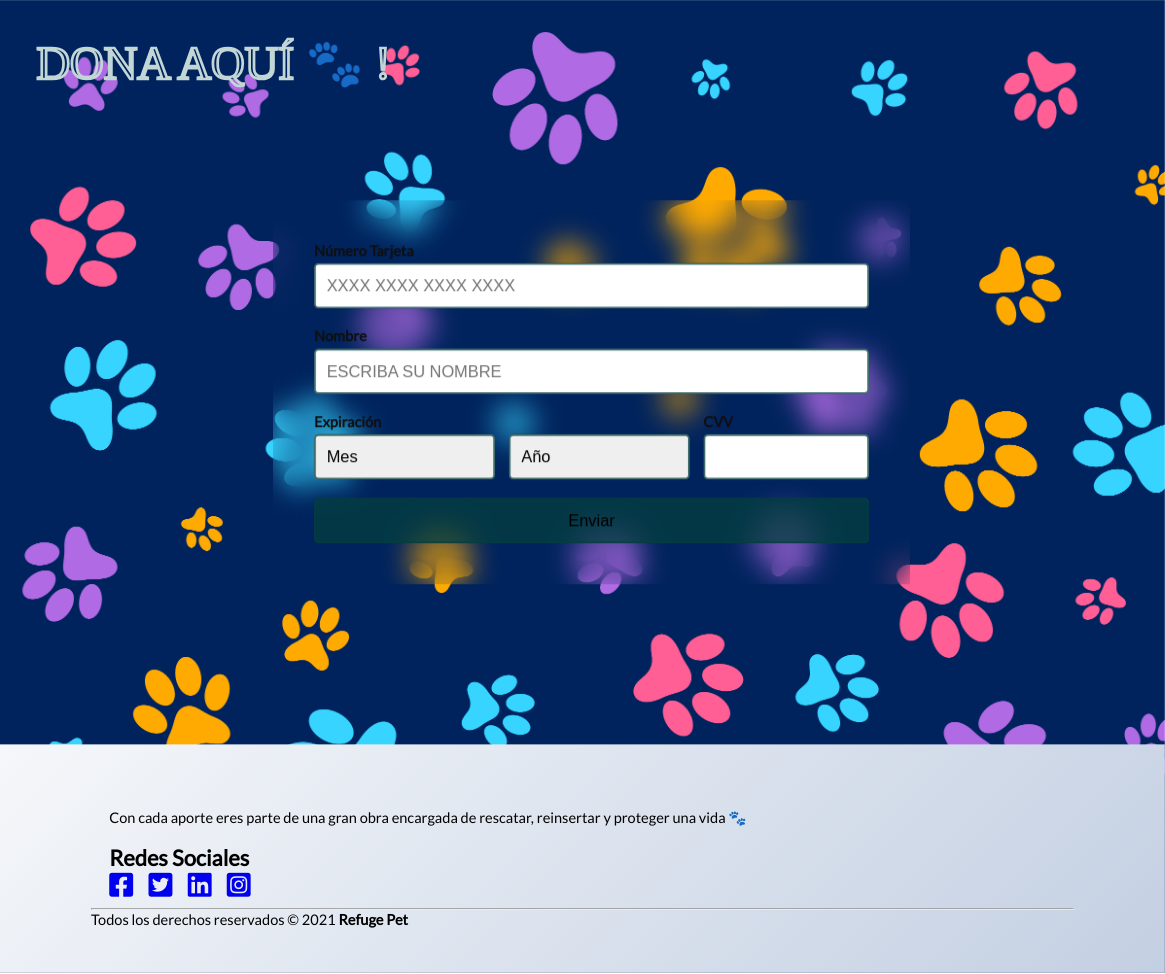
Repository: andreasvidal/SCL019-card-validation
Page: src/views/cardvalidation.html
An editor plug-in stored every save of this project. The page is shown before and after the next save, followed by the edit.
The browser window is 1280 px wide. The pictures show the whole page, at 91% of full size.
Some web fonts or font styles are not loaded; a fallback is used. Some web libraries are served in a nearby version.

Above is the page before, as saved 2022-04-13 09:45:24.

### src/views/cardvalidation.html
<!DOCTYPE html>
<html lang="en">

<head>
    <meta charset="UTF-8" />
    <meta http-equiv="X-UA-Compatible" content="IE=edge" />
    <meta name="viewport" content="width=device-width, initial-scale=1.0" />
    <link rel="preconnect" href="https://fonts.googleapis.com" />
    <link rel="preconnect" href="https://fonts.gstatic.com" crossorigin />
    <link href="https://fonts.googleapis.com/css2?family=Lato:ital,wght@0,400;1,700&display=swap" rel="stylesheet" />
    <link rel="preconnect" href="https://fonts.googleapis.com" />
    <link rel="preconnect" href="https://fonts.gstatic.com" crossorigin />
    <link href="https://fonts.googleapis.com/css2?family=Hurricane&family=Lato:ital,wght@1,700&display=swap" rel="stylesheet" />
    <link rel="stylesheet" href="https://use.fontawesome.com/releases/v5.8.1/css/all.css" integrity="sha384-50oBUHEmvpQ+1lW4y57PTFmhCaXp0ML5d60M1M7uH2+nqUivzIebhndOJK28anvf" crossorigin="anonymous" />
    <link rel="stylesheet" href="../css/formstyle.css" />
    <link rel="stylesheet" href="../css/style.css" />
    <title>Formulario</title>
</head>

<!--contenido principal formulario-->

<body>
    <div class="subtitle">
        <p class="subtitle">DONA AQUÍ 🐾 !</p>
    </div>
    <form id="formValidation" class="form-validation">
        <div class="bg-blur">
            <div class="data-card" id="dataForm">
                <label for="inputNumber">Número Tarjeta</label>
                <input type="text" id="inputNumber" name="number" maxlength="16" autocomplete="off" pattern="[0-9]+" placeholder="XXXX XXXX XXXX XXXX" required />
                <h5 id="print"></h5>
            </div>
            <div class="data-card">
                <label for="inputNameUser">Nombre </label>
                <input type="text" id="inputNameUser" name="nameUser" placeholder="Escriba su nombre" required />
                <h5 id="print"></h5>
            </div>
            <!--datos expiración tarjeta-->
            <div class="flexbox">
                <div class="data-card expider-date">
                    <label for="monthSelect">Expiración</label>
                    <div class="flexbox">
                        <div class="data-card-select">
                            <select name="monthSelect" id="monthSelect" required>
                <option disabled selected>Mes</option>
                <option value="1">1</option>
                <option value="2">2</option>
                <option value="3">3</option>
                <option value="4">4</option>
                <option value="5">5</option>
                <option value="6">6</option>
                <option value="7">7</option>
                <option value="8">8</option>
                <option value="9">9</option>
                <option value="10">10</option>
                <option value="11">11</option>
                <option value="12">12</option>
              </select>
                        </div>
                        <div class="data-card-select">
                            <select name="yearSelect" id="yearSelect" required>
                <option disabled selected>Año</option>
                <option value="2">2014</option>
                <option value="5">2015</option>
                <option value="6">2016</option>
                <option value="7">2017</option>
                <option value="8">2018</option>
                <option value="9">2019</option>
                <option value="10">2020</option>
                <option value="11">2021</option>
                <option value="12">2022</option>
              </select>
                        </div>
                    </div>
                </div>
                <div class="data-card ccv">
                    <label for="inputCcv">CVV</label>
                    <input type="text" id="inputCcv" name="inputCcv" maxlength="3" required />
                </div>
            </div>
            <button type="submit" value="sendForm" class="btn-send" id="sendForm">
        Enviar
      </button>
        </div>
    </form>
    <footer>
        <div class="container__footer">
            <div class="box__footer">
                <div class="terms">
                    <p>
                        Con cada aporte eres parte de una gran obra encargada de rescatar, reinsertar y proteger una vida 🐾
                    </p>
                </div>
            </div>
            <div class="box__footer">
                <h2>Redes Sociales</h2>
                <a href="#"> <i class="fab fa-facebook-square"></i></a>
                <a href="#"><i class="fab fa-twitter-square"></i></a>
                <a href="#"><i class="fab fa-linkedin"></i></a>
                <a href="#"><i class="fab fa-instagram-square"></i></a>
            </div>
        </div>
        <div class="box__copyright">
            <hr />
            <p>Todos los derechos reservados © 2021 <b>Refuge Pet</b></p>
        </div>
    </footer>
    <!-- jQuery-->
    <script src="https://ajax.googleapis.com/ajax/libs/jquery/3.6.0/jquery.min.js"></script>
    <!--materialize -->
    <!--JS-->
    <script src="../js/index.js" type="module"></script>
</body>

</html>

### src/css/formstyle.css
* {
    padding: 0;
    margin: 0;
    box-sizing: border-box;
}

body {
    font-family: 'Lato', 'sans-serif';
    background-image: url(../assets/img/fondopatas.jpg);
    background-size: cover;
    background-repeat: no-repeat;
}


/*estilos formulario validacion*/

.form-validation {
    color: beige;
    width: 100%;
    max-width: 700px;
    margin-left: 300px;
    border-radius: 10px;
    position: relative;
    top: 80px;
    z-index: 1;
}

.bg-blur {
    backdrop-filter: blur(1rem);
    width: 100%;
    padding: 45px;
}

.form-validation label {
    display: block;
    color: rgb(15, 15, 15);
    margin-bottom: 5px;
    font-size: 16px;
    font-weight: 700;
}

.form-validation input,
.form-validation select,
.btn-send {
    border: 2px solid rgba(4, 63, 63, 0.753);
    font-size: 18px;
    height: 50px;
    width: 100%;
    padding: 5px 12px;
    border-radius: 5px;
}

.form-validation input:hover,
.form-validation select:hover {
    border: 2px solid rgb(23, 24, 24);
}

.form-validation input:focus,
.form-validation select:focus {
    outline: rgb(173, 182, 182);
    box-shadow: 0 8px 8px 0 rgba(32, 38, 46, 0.3);
}

.form-validation input {
    margin-bottom: 20px;
    text-transform: uppercase;
}

.form-validation .flexbox {
    display: flex;
    justify-content: space-between;
}

.form-validation .expider-date {
    width: 100%;
}

.form-validation .ccv {
    min-width: 10px;
}

.form-validation .data-card-select {
    width: 100%;
    margin-right: 15px;
    position: relative;
}

.form-validation select {
    -webkit-appearance: none;
}


/*backgrond btn enviar*/

.btn-send {
    background: rgba(4, 63, 63, 0.753);
    ;
}

#print {
    color: rgb(38, 41, 41);
    font-size: 16px;
}


/*footer*/

.terms {
    height: 30px;
    margin-bottom: 50px;
}

footer {
    width: 100%;
    padding: 50px 100px;
    margin-top: 20%;
    background-size: cover;
    /*background: rgb(58, 89, 180);*/
    background-image: linear-gradient(135deg, #f5f7fa 0%, #c3cfe2 100%);
}

.box__footer {
    padding: 20px;
    height: 10px;
}

.fab {
    padding-right: 40px;
    width: 20px;
    height: 20px;
    font-size: 30px;
}

.box__copyright {
    padding-top: 50px;
}

### src/css/style.css
 * {
     padding: 0;
     margin: 0;
     box-sizing: border-box;
 }

 body {
     font-family: 'Lato', 'sans-serif';
     background-image: url(../assets/img/fondopatas.jpg);
 }
 /*estilo titulo*/

 .title-h1 {
     font-family: 'Raleway', sans-serif;
     text-decoration: underline overline wavy rgba(183, 0, 255, 0.514);
     padding: 40px 100px;
     color: rgb(74, 80, 80);
     display: flex;
     flex-direction: column;
     align-items: center;
     box-shadow: 0 10px 10px 0 rgba(90, 116, 148, 0.3);
     background-image: linear-gradient(135deg, #f5f7fa 0%, #c3cfe2 100%);
     font-size: 8vw;
 }

 .subtitle {
     font-family: 'Shadows Into Light', cursive;
     padding: 20px 20px;
     color: rgb(74, 80, 80);
     font-size: 4vw;
     -webkit-text-fill-color: transparent;
     -webkit-text-stroke: 3px rgb(195, 214, 214);
 }

 .img-banner {
     display: flex;
     height: 500px;
     z-index: -1;
     flex-direction: row;
     margin-left: 50px;
     align-items: center;
     margin-bottom: -50px;
     border-radius: 15px;
 }
 /*contenedor tarjeta*/

 .container {
     width: 90%;
     max-width: 1000px;
     padding: 20px 60px;
     margin: auto;
     display: flex;
     /* deja los elementos en forma de columna*/
     flex-direction: column;
     /*align-items no sirve para centrar de forma vertical (se utiliza justify), se utiliza al cambiar la dirección con flex-direction*/
     align-items: center;
 }
 /*estilo tarjeta*/

 .card {
     padding-top: 30px;
     width: 100%;
     max-width: 550px;
     position: relative;
     color: rgb(37, 36, 36);
     cursor: pointer;
 }

 .card>div {
     padding: 30px;
     border-radius: 15px;
     min-height: 315px;
     display: flex;
     flex-direction: column;
     justify-content: space-between;
     box-shadow: 0 10px 10px 0 rgba(90, 116, 148, 0.822);
 }

 .style-card {
     width: 100%;
     background: url(../assets/img/background-card/bg-img-2.jpg);
     background-size: cover;
 }
 /*para mantener el espeacio de la imagen logo (contenedor vacio)*/

 .style-card .logo-card {
     text-align: right;
     min-height: 50px;
 }

 .style-card .logo-card img {
     width: 100%;
     height: 100%;
     object-fit: cover;
     max-width: 80px;
 }

 .style-card .chip-card {
     width: 100%;
     max-width: 50px;
     margin-bottom: 20px;
 }

 .style-card .form-group .card-label {
     font-size: 16px;
     color: rgb(115, 131, 131);
     margin-bottom: 5px;
 }

 .style-card .card-group .number-card,
 .style-card .card-group .name-card,
 .style-card .card-group .expider {
     /*color: rgb(74, 80, 80);*/
     font-size: 22px;
     text-transform: uppercase;
 }

 .style-card .flexbox {
     display: flex;
     justify-content: space-between;
     margin-top: 20px;
 }
 /*btn abrir formulario*/

 .btn-open {
     color: rgb(195, 214, 214);
     box-shadow: 0 10px 10px 0 rgba(90, 116, 148, 0.3);
     background: rgba(183, 0, 255, 0.514);
     width: 50px;
     height: 50px;
     margin-top: -10px;
     border-radius: 100%;
     z-index: 2;
 }

 .btn-open:hover {
     opacity: 0.50;
     -moz-opacity: .50;
     filter: alpha (opacity=50);
 }

 .btn-open {
     text-decoration: none;
     padding-top: 15px;
     text-align: center;
 }
 /*footer*/

 .terms {
     height: 30px;
     margin-bottom: 50px;
 }

 footer {
     width: 100%;
     padding: 50px 100px;
     margin-top: 20%;
     background-size: cover;
     /*background: rgb(58, 89, 180);*/
     background-image: linear-gradient(135deg, #f5f7fa 0%, #c3cfe2 100%);
     box-shadow: 0 10px 10px 0 rgba(90, 116, 148, 0.3);
 }

 .box__footer {
     padding: 20px;
     height: 10px;
 }

 .fab {
     padding-right: 40px;
     width: 20px;
     height: 20px;
     font-size: 30px;
 }

 .box__copyright {
     padding-top: 50px;
 }

### src/js/index.js
/*import validator from '../js/validator.js';

//Llamando al DOM

const btnForm = document.getElementById("sendForm");
const form = document.getElementById("#formValidation");
btnForm.addEventListener('click', function(e) {
    e.preventDefault();
    let creditCardNumber = document.getElementById('inputNumber').value;
    let maskified = validator.maskify(creditCardNumber);
    if (creditCardNumber === "") {
        return document.getElementById("print").innerHTML = "Reingrese su número de tarjeta sin espacios ni carácteres especiales";
    } else {
        return document.getElementById("print").innerHTML = "Tu tarjeta N° " + maskified + " es válida";
    }
})


// inputName solo letras, inputCcv y inputNumber  solo numeros
let inputNumber = document.getElementById('inputNumber');
let inputName = document.getElementById('inputNameUser');
let inputCcv = document.getElementById('inputCcv');

const onlyNum = /[^0-9]/g;
const onlypLet = /[^a-zA-ZÑñáéíóúÁÉÍÓÚ\s]*$/g;
inputNumber.addEventListener('input', function() {
    inputNumber.value = inputNumber.value.replace(onlyNum, '');
});
inputName.addEventListener('input', function() {
    inputName.value = inputName.value.replace(onlypLet, '');
});
inputCcv.addEventListener('input', function() {
    inputCcv.value = inputCcv.value.replace(onlyNum, '');
});

// mes y años
for (let i = 1; i <= 12; i++) {
    let optionDate = document.createElement('option');
    optionDate.value = i;
    optionDate.innerText = i;
    form.monthSelect.appendChild(optionDate);
}

// * Select del año generado dinamicamente.
const yearActual = new Date().getFullYear();
for (let i = yearActual; i <= yearActual + 8; i++) {
    let optionDate = document.createElement('option');
    optionDate.value = i;
    optionDate.innerText = i;
    optionDate.selectYear.appendChild(optionDate);
}*/

After the next save:
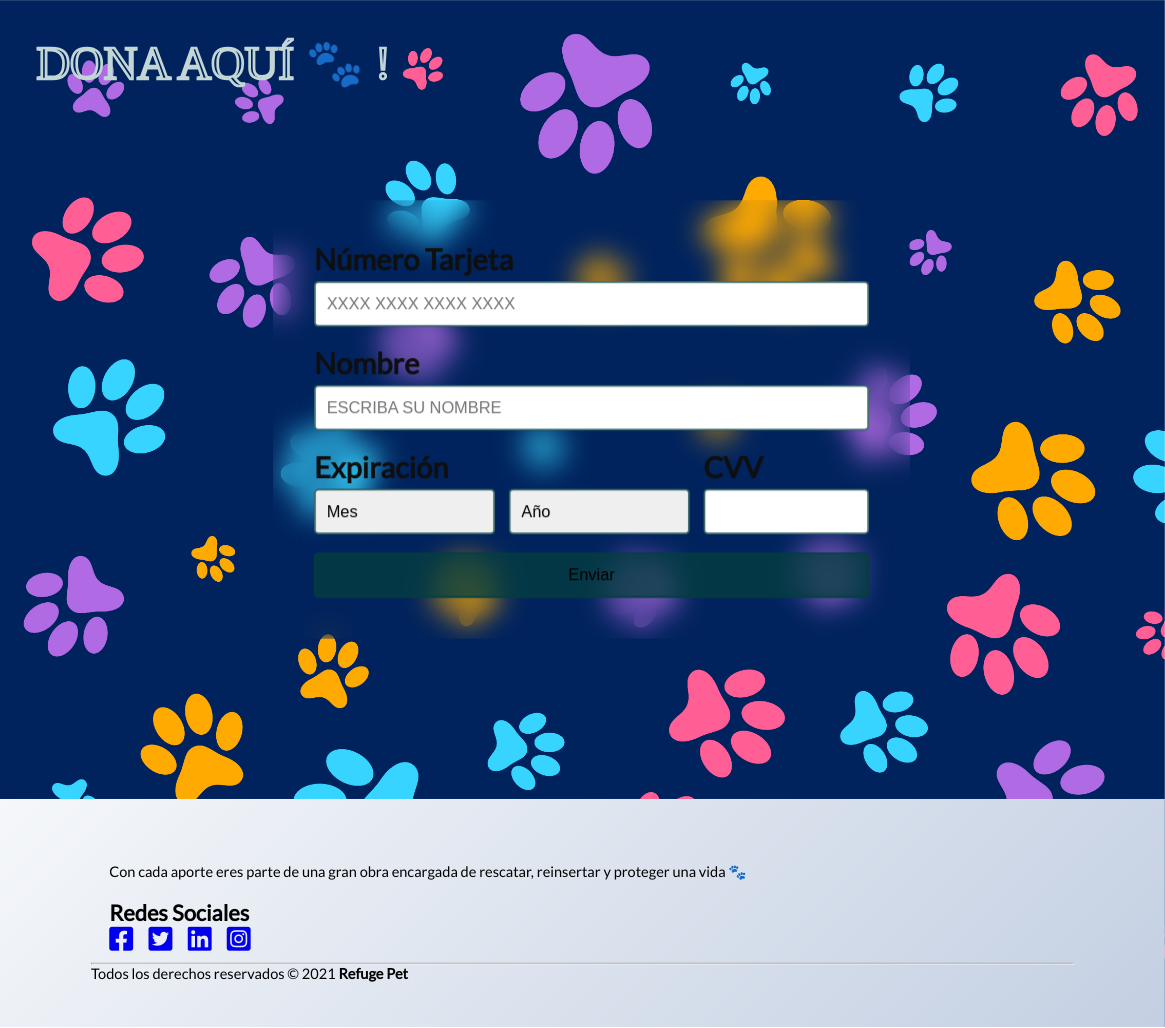
Saved 15 s later.
--- a/src/css/formstyle.css
+++ b/src/css/formstyle.css
@@ -35,7 +35,7 @@
     display: block;
     color: rgb(15, 15, 15);
     margin-bottom: 5px;
-    font-size: 16px;
+    font-size: 2rem;
     font-weight: 700;
 }
 

After the save that followed:
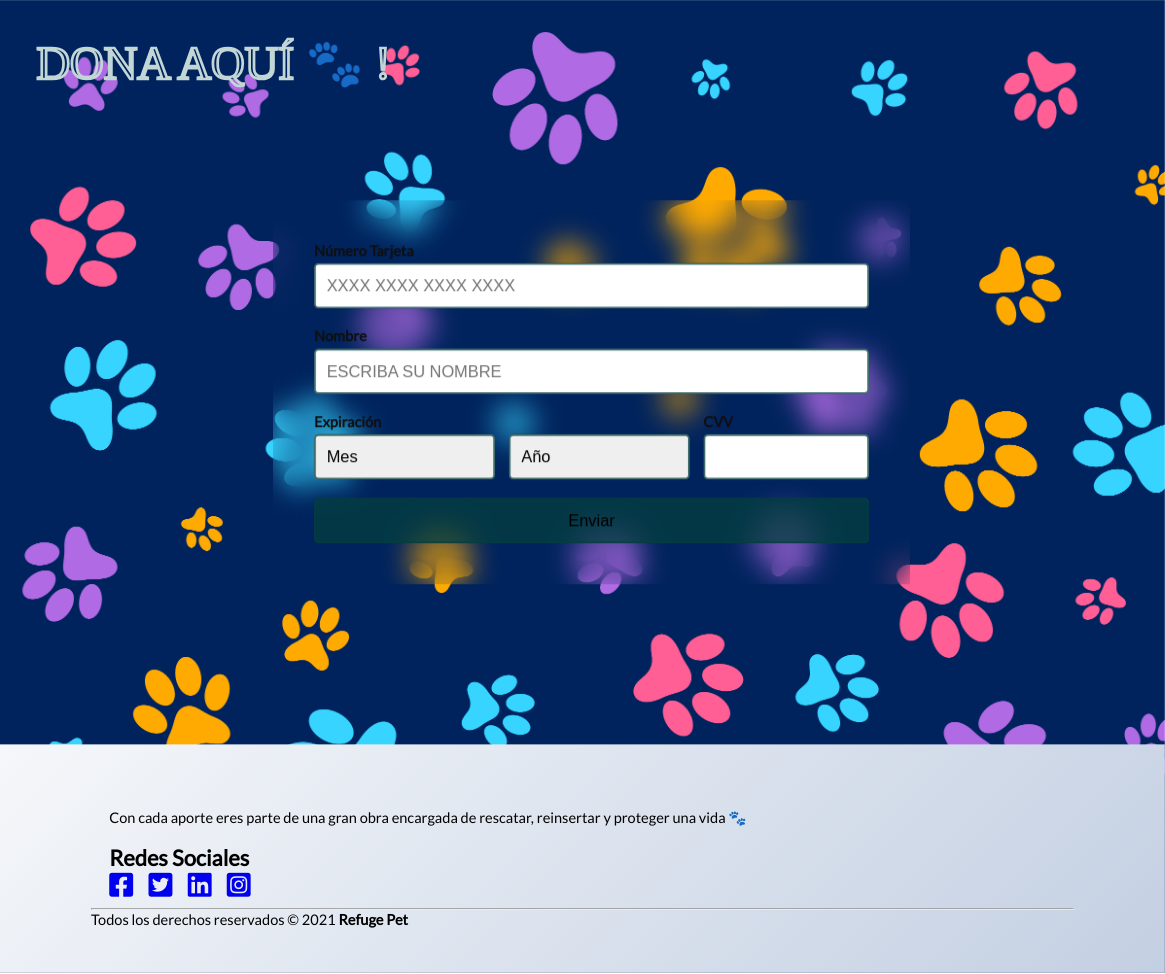
Saved 8 s later.
--- a/src/css/formstyle.css
+++ b/src/css/formstyle.css
@@ -35,7 +35,7 @@
     display: block;
     color: rgb(15, 15, 15);
     margin-bottom: 5px;
-    font-size: 2rem;
+    font-size: 1rem;
     font-weight: 700;
 }
 
